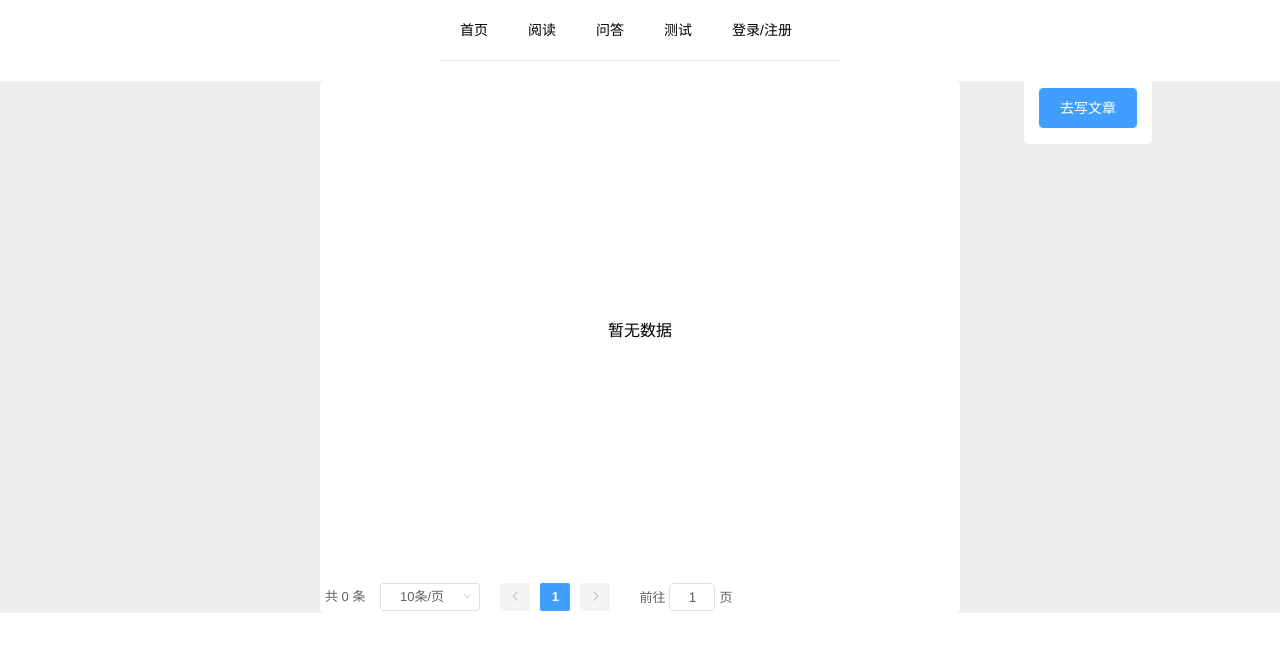
Repository: shengligo/xyx_vue_v1
Page: /read
An editor plug-in stored every save of this project. The page is shown before and after the next save, followed by the edit.
The browser window is 1280 px wide. The pictures show the whole page.
The page's requests for data from a server got no answer. The project was rebuilt for these pictures with package versions that can differ from the ones it lists, and the page was loaded fresh each time. No one was signed in, and anything a server would have sent is missing. Also part of the build but not shown: vue.config.js, src/views/home/childComps/Art.vue, src/views/author/authors.vue.

Above is the page before, as saved 2021-09-04 14:39:26.

After the next save:
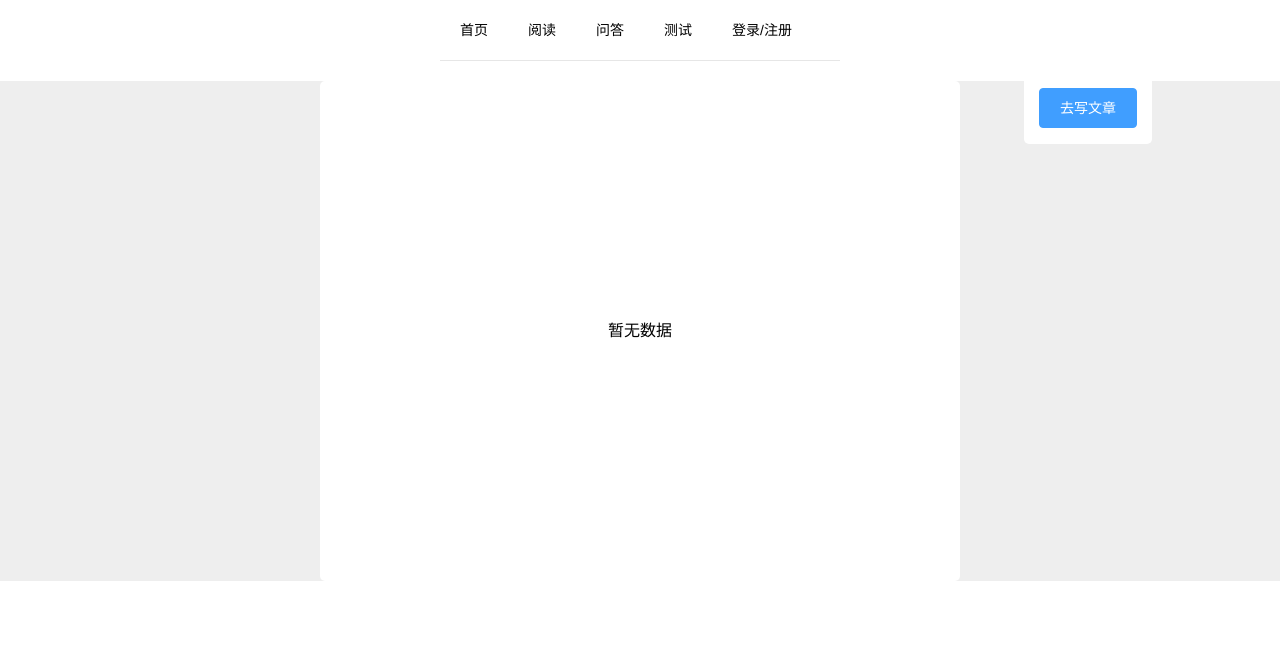
Saved 44 s later.
--- a/src/views/read/Read.vue
+++ b/src/views/read/Read.vue
@@ -27,6 +27,7 @@
       <!-- <div v-html="htmltext" class="centerBody"></div> -->
       <!-- 分页 -->
       <el-pagination
+        v-if="fileList.length"
         class="common-page-pagination"
         background
         :current-page="condition.pageNum"
